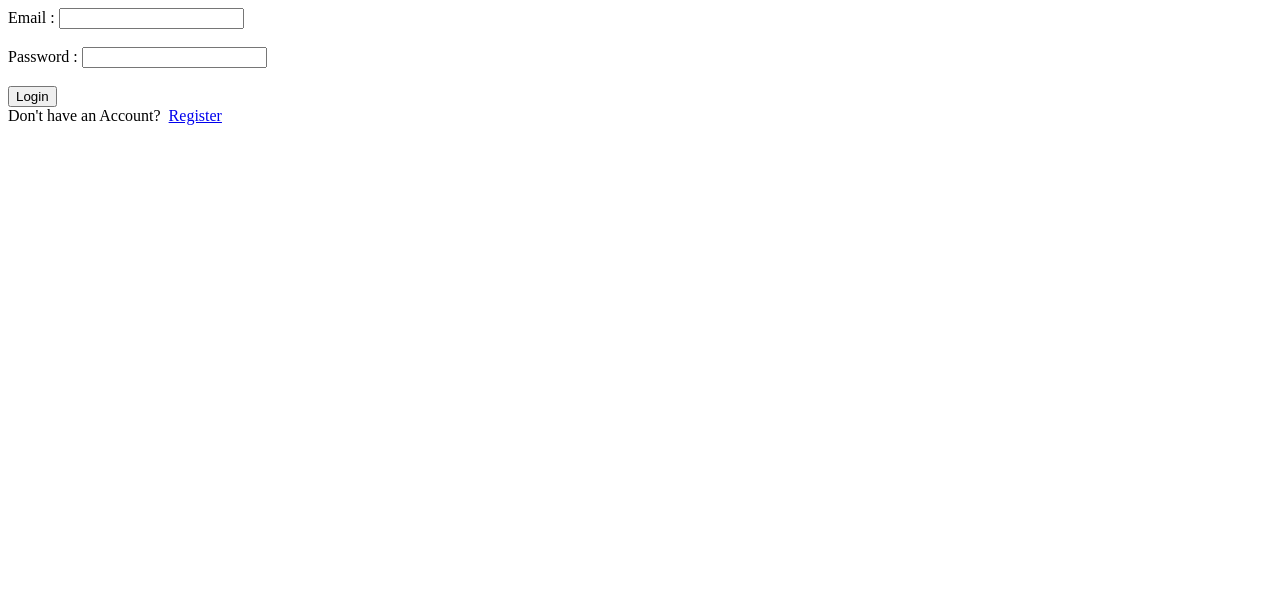
Repository: Sujith-B-S/Food-Application
Page: http://localhost/FoodApplication/login.jsp
These files come from the project's save history. The page is drawn as it stood at one moment and after the next save; the edit follows.
The browser window is 1280 px wide. The pictures show the whole page.
The page is served by Tomcat 9. Other server files are loaded and not shown.

Above is the page before, as saved 2024-11-13 11:31:07.

### FoodApplication/src/main/webapp/login.jsp
<%@ page language="java" contentType="text/html; charset=UTF-8"
    pageEncoding="UTF-8"%>
<!DOCTYPE html>
<html>
<head>
<meta charset="UTF-8">
<title>LogI Page</title>
</head>
<body>
<form action="login" method="POST">
Email : <input type = "text" name = "email" ><br><br>
Password : <input type = "password" name = "pwd"><br><br>
<input type = "submit" value = "Login">
</form>
Don't have an Account?&nbsp; <a href = "register.jsp">Register</a>
</body>
</html>

After the next save:
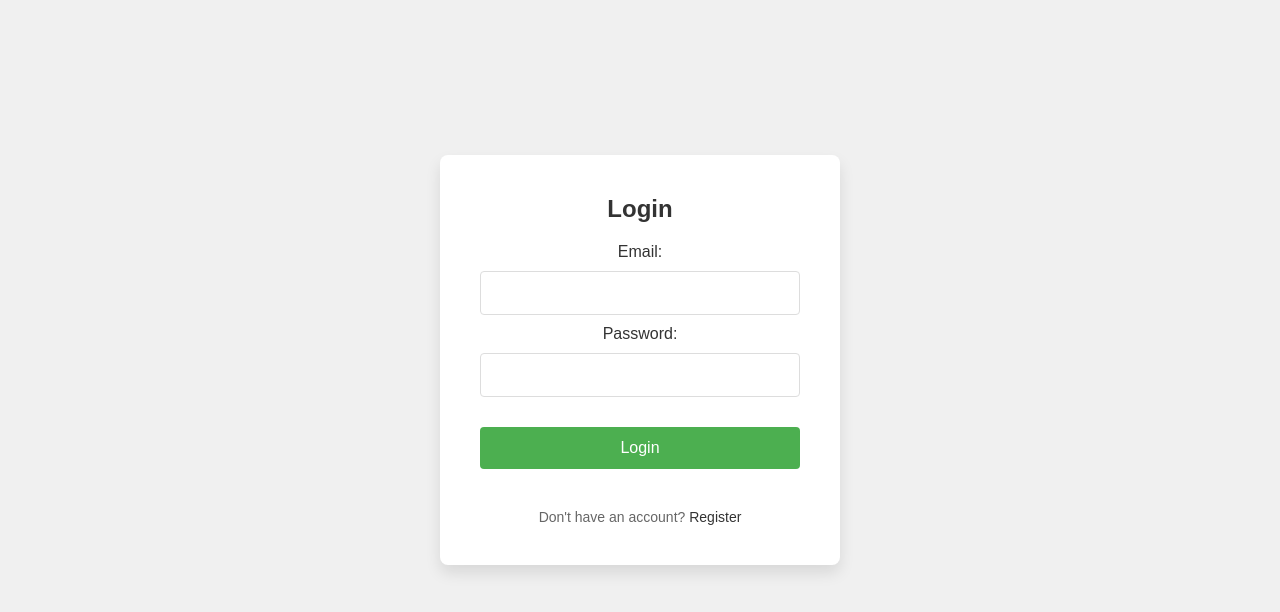
Saved 4 min 46 s later.
--- a/FoodApplication/src/main/webapp/login.jsp
+++ b/FoodApplication/src/main/webapp/login.jsp
@@ -1,17 +1,117 @@
-<%@ page language="java" contentType="text/html; charset=UTF-8"
-    pageEncoding="UTF-8"%>
+<%@ page language="java" contentType="text/html; charset=UTF-8" pageEncoding="UTF-8"%>
 <!DOCTYPE html>
 <html>
 <head>
-<meta charset="UTF-8">
-<title>LogI Page</title>
+    <meta charset="UTF-8">
+    <title>Login Page</title>
+    <style>
+        /* Basic Reset */
+        * {
+            margin: 0;
+            padding: 0;
+            box-sizing: border-box;
+        }
+
+        body {
+            display: flex;
+            justify-content: center;
+            align-items: center;
+            height: 100vh;
+            font-family: Arial, sans-serif;
+            background-color: #f0f0f0;
+            color: #333;
+        }
+
+        /* Card Container */
+        .login-container {
+            background-color: white;
+            width: 400px;
+            padding: 40px;
+            box-shadow: 0px 8px 15px rgba(0, 0, 0, 0.1);
+            border-radius: 8px;
+            text-align: center;
+        }
+
+        /* Title */
+        .login-container h2 {
+            margin-bottom: 20px;
+            color: #333;
+            font-size: 24px;
+        }
+
+        /* Input Styles */
+        .login-container input[type="text"],
+        .login-container input[type="password"] {
+            width: 100%;
+            padding: 12px;
+            margin: 10px 0;
+            border: 1px solid #ddd;
+            border-radius: 4px;
+            font-size: 16px;
+        }
+
+        /* Button */
+        .login-container input[type="submit"] {
+            width: 100%;
+            padding: 12px;
+            margin-top: 20px;
+            background-color: #4CAF50;
+            border: none;
+            color: white;
+            font-size: 16px;
+            border-radius: 4px;
+            cursor: pointer;
+            transition: background-color 0.3s ease;
+        }
+
+        .login-container input[type="submit"]:hover {
+            background-color: #45a049;
+        }
+
+        /* Register Link with Animation */
+        .register-link {
+            margin-top: 20px;
+            display: inline-block;
+            color: #333;
+            text-decoration: none;
+            font-size: 14px;
+            transition: color 0.3s ease;
+        }
+
+        /* Hover and Animation */
+        .register-link:hover {
+            color: #4CAF50;
+            transform: scale(1.1);
+            transition: transform 0.3s ease, color 0.3s ease;
+        }
+
+        /* Footer Text */
+        .footer-text {
+            margin-top: 20px;
+            font-size: 14px;
+            color: #666;
+        }
+    </style>
 </head>
 <body>
-<form action="login" method="POST">
-Email : <input type = "text" name = "email" ><br><br>
-Password : <input type = "password" name = "pwd"><br><br>
-<input type = "submit" value = "Login">
-</form>
-Don't have an Account?&nbsp; <a href = "register.jsp">Register</a>
+
+<div class="login-container">
+    <h2>Login</h2>
+    <form action="login" method="POST">
+        <label for="email">Email:</label>
+        <input type="text" id="email" name="email" required><br>
+
+        <label for="pwd">Password:</label>
+        <input type="password" id="pwd" name="pwd" required><br>
+
+        <input type="submit" value="Login">
+    </form>
+
+    <p class="footer-text">
+        Don't have an account?
+        <a href="register.jsp" class="register-link">Register</a>
+    </p>
+</div>
+
 </body>
 </html>
